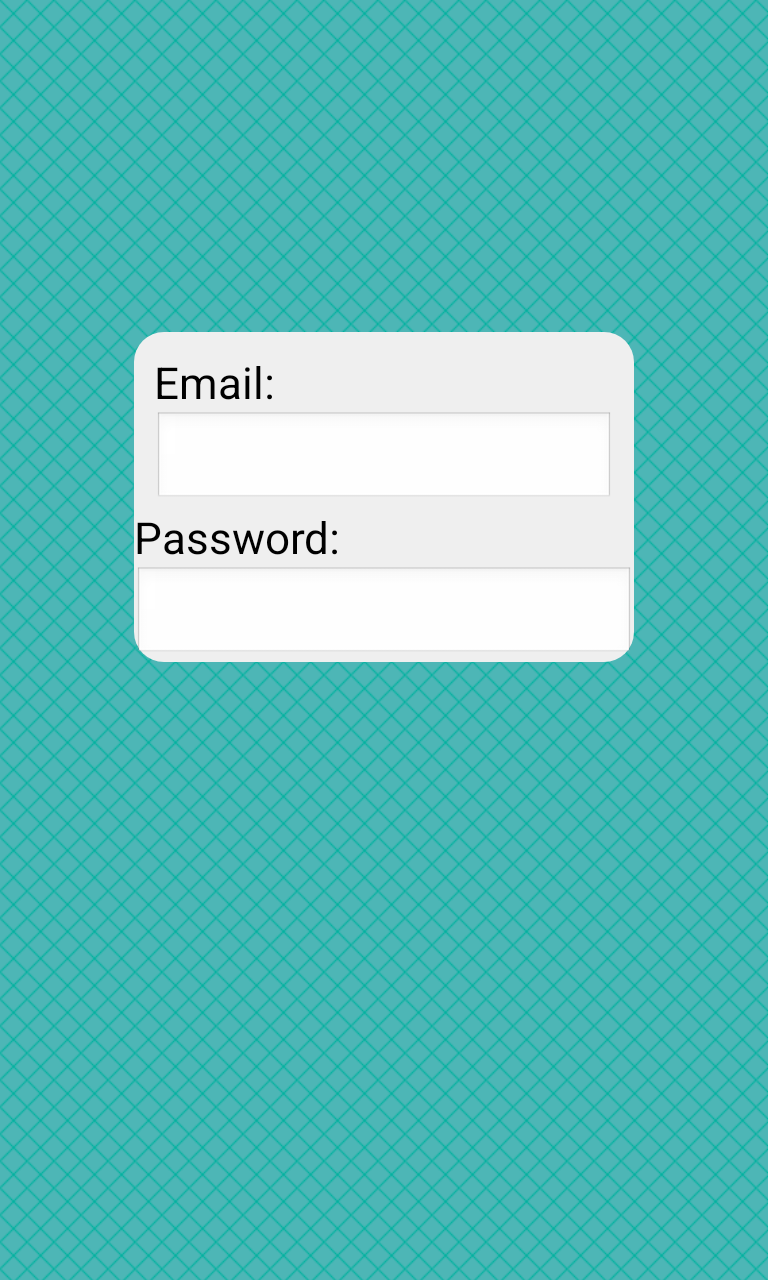
Repository: ppamorim/Coderock-X
Layout: workspace-Android/teste1/res/layout/activity_login.xml
These files come from the project's save history. The layout is drawn as it stood at one moment and after the next save; the edit follows.
It is drawn on a 768 x 1280 px phone screen (xhdpi) without system bars, with theme android:Theme.NoTitleBar; the app's code is not run.

Above is the layout before, as saved 2014-01-05 06:05:05.

After the next save:
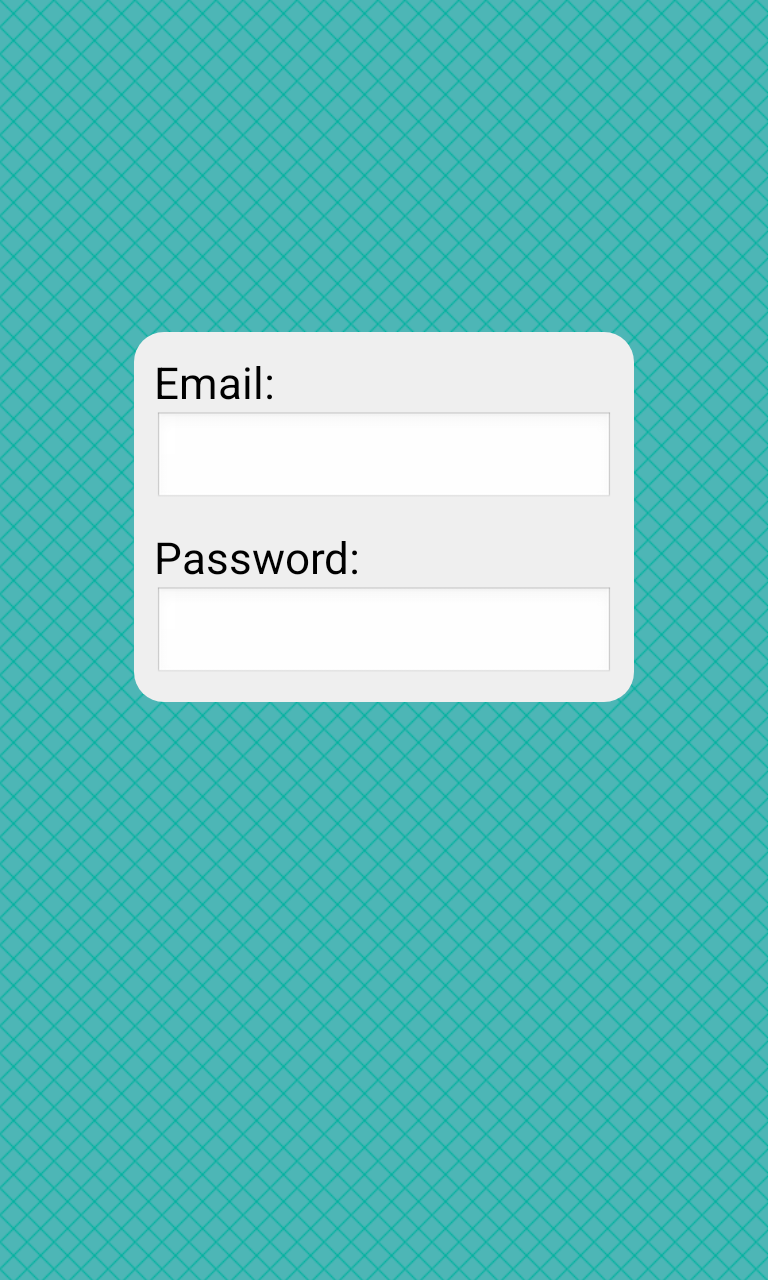
Saved 29 s later.
--- a/workspace-Android/teste1/res/layout/activity_login.xml
+++ b/workspace-Android/teste1/res/layout/activity_login.xml
@@ -57,12 +57,18 @@
                 android:layout_height="wrap_content"
                 android:text="@string/Password"
                 android:textColor="#000"
+                android:layout_marginTop="10dp"
+                android:layout_marginLeft="10dp"
+            	android:layout_marginRight="10dp"
                 android:textAppearance="?android:attr/textAppearanceLarge" />
 
         <EditText
             android:id="@+id/editText1"
             android:layout_width="match_parent"
             android:layout_height="wrap_content"
+            android:layout_marginBottom="10dp"
+                android:layout_marginLeft="10dp"
+            	android:layout_marginRight="10dp"
             android:ems="10" >
         </EditText>
         </LinearLayout>
